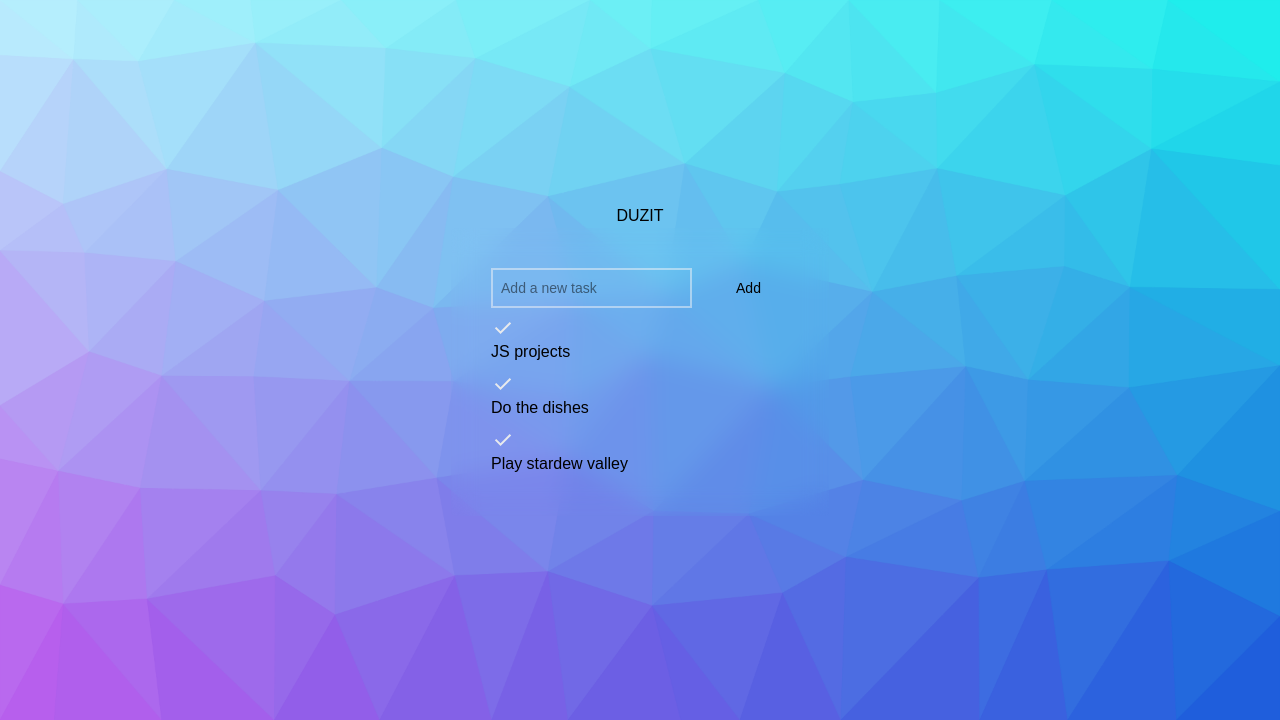
Repository: milkybeargeek/JavaScript-Projects
Page: Duzit/src/index.html
The author's editor kept a copy of each file at every save. The page is drawn from the files as they stood at one save, then again after the next save.
The browser window is 1280 px wide. The pictures show the whole page.
Some web fonts or font styles are not loaded; a fallback is used.

Above is the page before, as saved 2025-02-15 21:39:54.

### Duzit/src/index.html
<!doctype html>
<html>

<head>
    <meta charset="UTF-8">
    <meta name="viewport" content="width=device-width, initial-scale=1.0">
    <link href="./style.css" rel="stylesheet">
    <title>Duzit</title>

</head>

<body
    class=" bg-[url('../bg-poly.png')] bg-cover bg-center bg-fix bg-no-repeat flex flex-col p-4 items-center justify-center h-screen">
    <h1 class=" text-5xl mb-5 font-extrabold uppercase text-center">Duzit</h1>
    <div
        class="wrapper w-3xl max-w-full rounded-xl backdrop-filter backdrop-blur-md bg-opacity-0 border-3 border-gray-100/50  flex flex-col gap-3 p-10">
        <form class="flex flex-row gap-x-6 gap-y-2">
            <input id="todo-input" type="text" placeholder="Add a new task" autocomplete="off"
                class="border-2 border-gray-100/50  rounded-xl p-2 w-full h-fit box-border font-black text-sm focus:ring-2 focus:outline-none focus:ring-blue-400 dark:focus:ring-blue-200">
            <button id="add-todo"
                class="text-black bg-gradient-to-tl from-blue-800 to-blue-400 hover:bg-gradient-to-br focus:ring-3 focus:outline-none focus:ring-blue-200 dark:focus:ring-blue-200 font-bold rounded-xl text-sm px-5 py-2.5 text-center me-2 mb-2">Add</button>
        </form>
        <ul id="todo-list" class="flex flex-col gap-2">
            <li class="todo-item">
                <input class="hidden" type="checkbox" id="todo-1">
                <label class="custom-checkbox" for="todo-1">
                    <svg xmlns="http://www.w3.org/2000/svg" height="24px" viewBox="0 -960 960 960" width="24px"
                        fill="#e8eaed">
                        <path d="M382-240 154-468l57-57 171 171 367-367 57 57-424 424Z" />
                    </svg>
                </label>
                <label for="todo-1" class="todo-text">JS projects
                </label>
                <button class="delete-todo">
                    <svg xmlns="http://www.w3.org/2000/svg" viewBox="0 0 24 24">
                        <path
                            d="M5.755 20.283 4 8h16l-1.755 12.283A2 2 0 0 1 16.265 22h-8.53a2 2 0 0 1-1.98-1.717zM21 4h-5V3a1 1 0 0 0-1-1H9a1 1 0 0 0-1 1v1H3a1 1 0 0 0 0 2h18a1 1 0 0 0 0-2z" />
                    </svg>
                </button>
            </li>
            <li class="todo-item">
                <input class="hidden" type="checkbox" id="todo-2">
                <label class="custom-checkbox" for="todo-2">
                    <svg xmlns="http://www.w3.org/2000/svg" height="24px" viewBox="0 -960 960 960" width="24px"
                        fill="#e8eaed">
                        <path d="M382-240 154-468l57-57 171 171 367-367 57 57-424 424Z" />
                    </svg>
                </label>
                <label for="todo-2" class="todo-text ">Do the dishes
                </label>
                <button class="delete-todo">
                    <svg xmlns="http://www.w3.org/2000/svg" viewBox="0 0 24 24">
                        <path
                            d="M5.755 20.283 4 8h16l-1.755 12.283A2 2 0 0 1 16.265 22h-8.53a2 2 0 0 1-1.98-1.717zM21 4h-5V3a1 1 0 0 0-1-1H9a1 1 0 0 0-1 1v1H3a1 1 0 0 0 0 2h18a1 1 0 0 0 0-2z" />
                    </svg>
                </button>
            </li>
            <li class="todo-item">
                <input class="hidden" type="checkbox" id="todo-3">
                <label class=" custom-checkbox" for="todo-3">
                    <svg xmlns="http://www.w3.org/2000/svg" height="24px" viewBox="0 -960 960 960" width="24px"
                        fill="#e8eaed">
                        <path d="M382-240 154-468l57-57 171 171 367-367 57 57-424 424Z" />
                    </svg>
                </label>
                <label for="todo-3" class="todo-text">Play stardew valley
                </label>
                <button class="delete-todo">
                    <svg xmlns="http://www.w3.org/2000/svg" viewBox="0 0 24 24">
                        <path
                            d="M5.755 20.283 4 8h16l-1.755 12.283A2 2 0 0 1 16.265 22h-8.53a2 2 0 0 1-1.98-1.717zM21 4h-5V3a1 1 0 0 0-1-1H9a1 1 0 0 0-1 1v1H3a1 1 0 0 0 0 2h18a1 1 0 0 0 0-2z" />
                    </svg>
                </button>
            </li>
        </ul>
    </div>
</body>

</html>

Loaded but not shown: Duzit/src/style.css (3326 lines, source omitted)

After the next save:
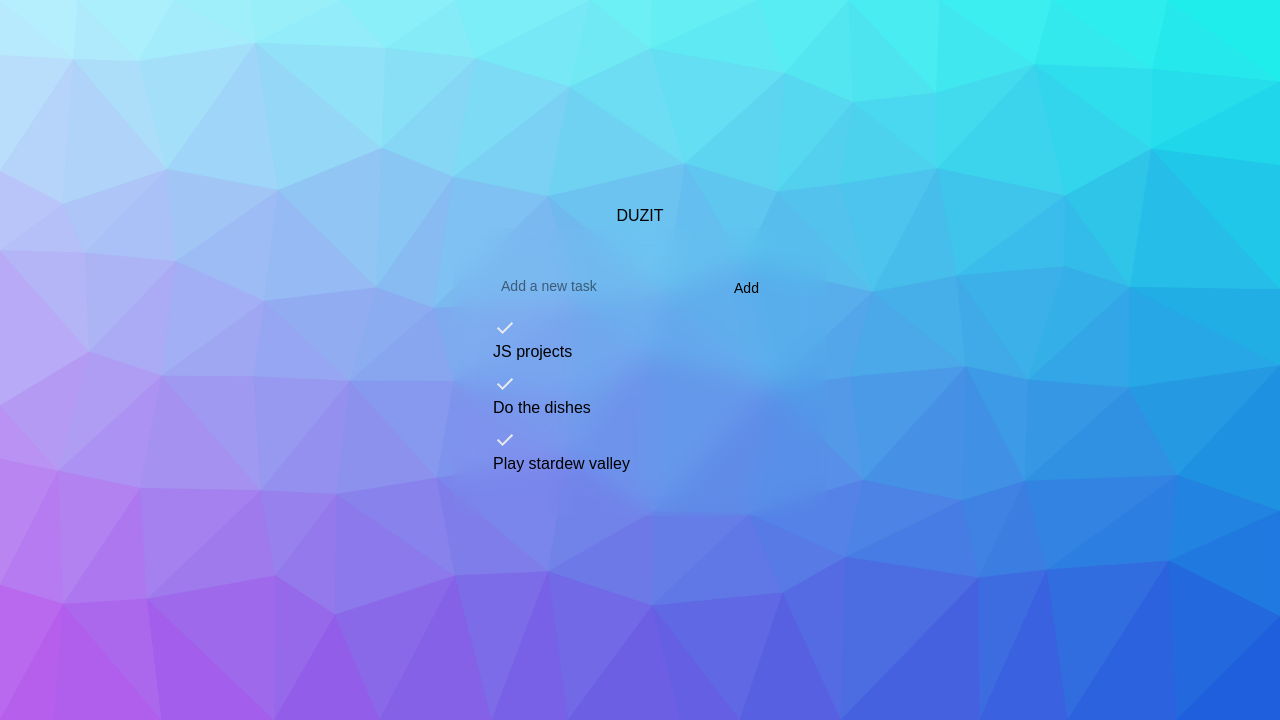
Saved 52 s later.
--- a/Duzit/src/index.html
+++ b/Duzit/src/index.html
@@ -16,7 +16,7 @@
         class="wrapper w-3xl max-w-full rounded-xl backdrop-filter backdrop-blur-md bg-opacity-0 border-3 border-gray-100/50  flex flex-col gap-3 p-10">
         <form class="flex flex-row gap-x-6 gap-y-2">
             <input id="todo-input" type="text" placeholder="Add a new task" autocomplete="off"
-                class="border-2 border-gray-100/50  rounded-xl p-2 w-full h-fit box-border font-black text-sm focus:ring-2 focus:outline-none focus:ring-blue-400 dark:focus:ring-blue-200">
+                class="todo-input **:border-2 border-gray-100/50  rounded-xl p-2 w-full h-fit box-border font-black text-sm focus:ring-2 focus:outline-none focus:ring-blue-400 dark:focus:ring-blue-200">
             <button id="add-todo"
                 class="text-black bg-gradient-to-tl from-blue-800 to-blue-400 hover:bg-gradient-to-br focus:ring-3 focus:outline-none focus:ring-blue-200 dark:focus:ring-blue-200 font-bold rounded-xl text-sm px-5 py-2.5 text-center me-2 mb-2">Add</button>
         </form>

After the save that followed:
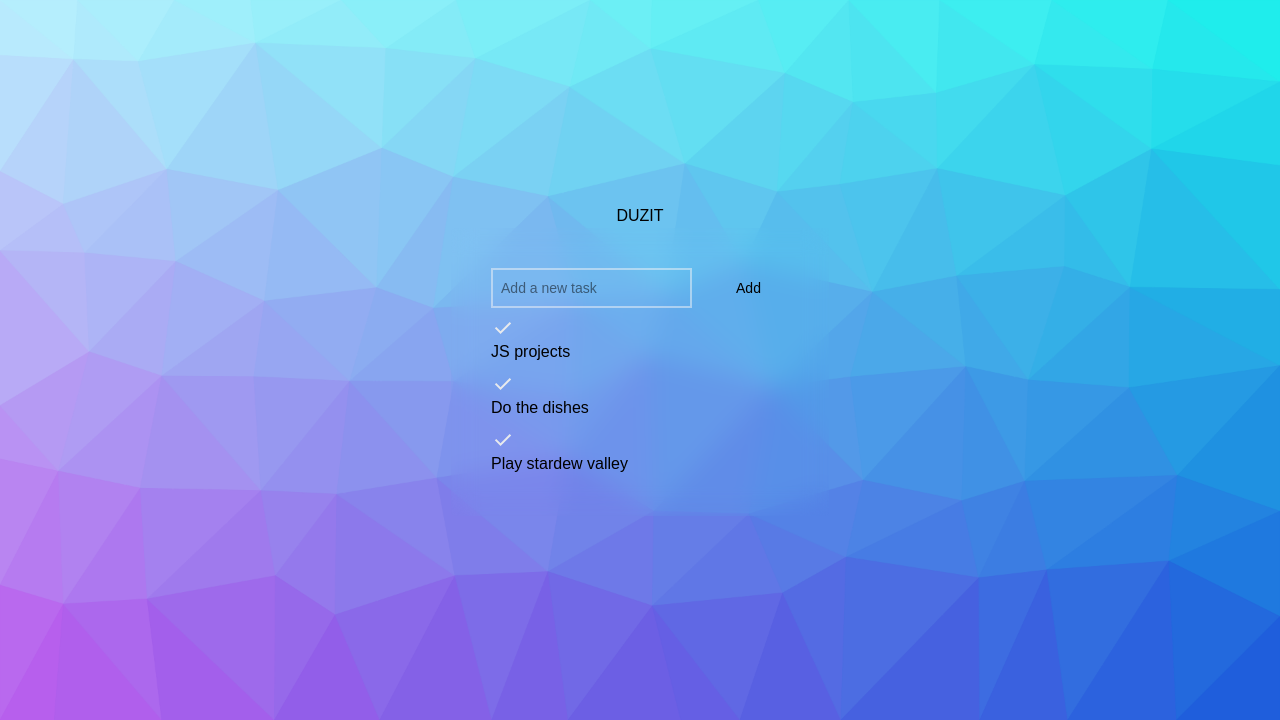
Saved 17 s later.
--- a/Duzit/src/index.html
+++ b/Duzit/src/index.html
@@ -16,7 +16,7 @@
         class="wrapper w-3xl max-w-full rounded-xl backdrop-filter backdrop-blur-md bg-opacity-0 border-3 border-gray-100/50  flex flex-col gap-3 p-10">
         <form class="flex flex-row gap-x-6 gap-y-2">
             <input id="todo-input" type="text" placeholder="Add a new task" autocomplete="off"
-                class="todo-input **:border-2 border-gray-100/50  rounded-xl p-2 w-full h-fit box-border font-black text-sm focus:ring-2 focus:outline-none focus:ring-blue-400 dark:focus:ring-blue-200">
+                class="todo-input border-2 border-gray-100/50  rounded-xl p-2 w-full h-fit box-border font-black text-sm focus:ring-2 focus:outline-none focus:ring-blue-400 dark:focus:ring-blue-200">
             <button id="add-todo"
                 class="text-black bg-gradient-to-tl from-blue-800 to-blue-400 hover:bg-gradient-to-br focus:ring-3 focus:outline-none focus:ring-blue-200 dark:focus:ring-blue-200 font-bold rounded-xl text-sm px-5 py-2.5 text-center me-2 mb-2">Add</button>
         </form>
